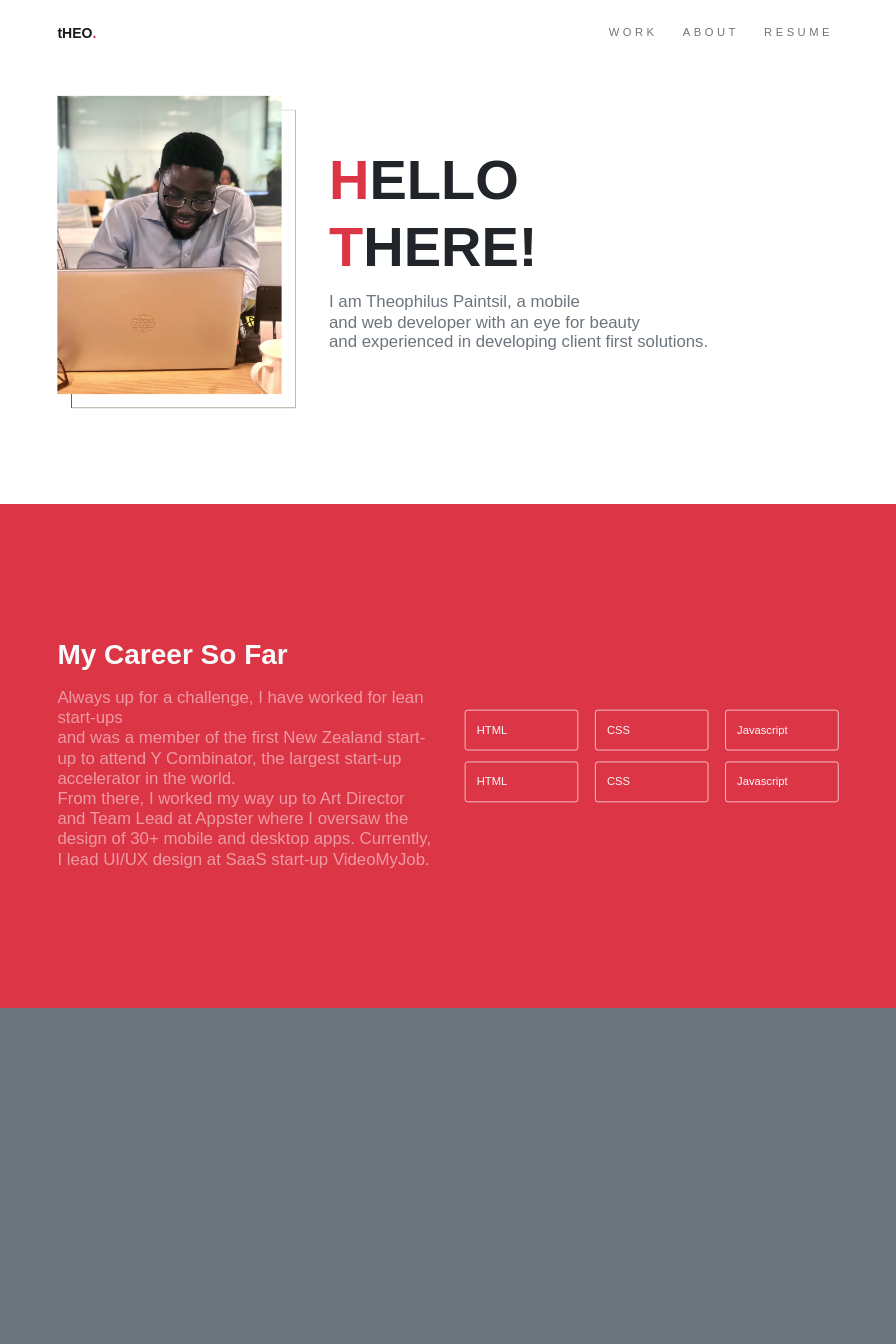
Repository: tHEO2k17/portfolio
Page: /
The author's editor kept a copy of each file at every save. The page is drawn from the files as they stood at one save, then again after the next save.
The browser window is 1280 px wide. The pictures show the part of the page from y = 0 to 1920 px (the page is 3000 px tall), at 70% of full size.
The project was rebuilt for these pictures with package versions that can differ from the ones it lists, and the page was loaded fresh each time.

Above is the page before, as saved 2021-07-22 11:07:09.

### public/index.html
<!DOCTYPE html>
<html lang="en">
  <head>
    <meta charset="utf-8" />
    <link rel="icon" href="%PUBLIC_URL%/favicon.ico" />
    <meta name="viewport" content="width=device-width, initial-scale=1" />
    <meta name="theme-color" content="#000000" />
    <meta
      name="description"
      content="Web site created using create-react-app"
    />
    <link rel="apple-touch-icon" href="%PUBLIC_URL%/logo192.png" />
    <link rel="manifest" href="%PUBLIC_URL%/manifest.json" />
    <title>Theophilus Paintsil - Portfolio</title>
  </head>
  <body>
    <noscript>You need to enable JavaScript to run this app.</noscript>
    <div id="root"></div>
  </body>
</html>

### src/index.tsx
import React from 'react';
import ReactDOM from 'react-dom';
import './index.scss';
import App from './presentation/App';

ReactDOM.render(
  <React.StrictMode>
    <App />
  </React.StrictMode>,
  document.getElementById('root')
);

### src/index.scss
@import '~bootstrap/scss/bootstrap.scss';

body{
    font-family: Arial, Helvetica, sans-serif;
}
// Navbar
.navbar-light .navbar-nav{
    padding: 1.2rem 0rem;
}

.navbar-light .navbar-nav .nav-link {
   letter-spacing: 5px;
//    font-size: 14px;
}

.navbar-light .navbar-nav .nav-link:not(:last-child) {
    margin-right: 20px;
 }

### src/presentation/App.tsx
import React from 'react';
import { Switch, Route, BrowserRouter as Router, } from 'react-router-dom';
import HomePage from './pages/HomePage';

function App() {
  return (
    <Router>
      <Switch>
        <Route exact path="/" component={HomePage} />
      </Switch>
    </Router>
  );
}

export default App;

### src/presentation/pages/HomePage.tsx
import { Col, Container, Nav, Navbar, Row, Image, Card } from "react-bootstrap";

export default function HomePage() {

    return (
        <>
            <Navbar expand="lg" fixed="top" variant="light">
                <Container>
                    <Navbar.Brand href="#home">
                        <span className="fw-bold">tHEO<b className="text-danger">.</b></span>
                    </Navbar.Brand>
                    <Navbar.Toggle />
                    <Navbar.Collapse>
                        <Nav className="ms-auto">
                            <Nav.Link href="#home">WORK</Nav.Link>
                            <Nav.Link href="#home">ABOUT</Nav.Link>
                            <Nav.Link href="#link">RESUME</Nav.Link>
                        </Nav>
                    </Navbar.Collapse>
                </Container>
            </Navbar>

            <header className="min-vh-100">
                <Container>
                    <Row className="align-items-center min-vh-100 my-auto gx-5">
                        <Col md="4"> <Image src="assets/images/theo.png" fluid /> </Col>
                        <Col>
                            <h1 className="display-1 fw-bold">
                                <b className="text-danger">H</b>ELLO <br />
                                <b className="text-danger">T</b>HERE!
                            </h1>
                            <h4 className="fw-light text-muted mt-3">
                                I am Theophilus Paintsil, a mobile <br />
                                and web developer with an eye for beauty <br />
                                and experienced in developing client first solutions.
                            </h4>
                        </Col>
                    </Row>
                </Container>
            </header>

            <section className="bg-danger min-vh-100">
                {/* skills and tools */}
                <Container>
                    <Row className="align-items-center min-vh-100 my-auto gx-5 text-light">
                        <Col>
                            <h1 className="fw-bold">My Career So Far</h1>
                            <h4 className="text-white-50 mt-4">
                                Always up for a challenge, I have worked for lean start-ups<br />
                                and was a member of the first New Zealand start-up to attend Y Combinator,
                                the largest start-up accelerator in the world. <br />
                                From there, I worked my way up to Art Director and Team Lead at Appster where
                                I oversaw the design of 30+ mobile and desktop apps. Currently,
                                I lead UI/UX design at SaaS start-up VideoMyJob.
                            </h4>
                        </Col>
                        <Col>
                            <Row md="3" className="gy-3">
                                <Col>
                                    <Card border="light" bg="danger">
                                        <Card.Body>HTML</Card.Body>
                                    </Card>
                                </Col>
                                <Col>
                                    <Card border="light" bg="danger">
                                        <Card.Body>CSS</Card.Body>
                                    </Card>
                                </Col>
                                <Col>
                                    <Card border="light" bg="danger">
                                        <Card.Body>Javascript</Card.Body>
                                    </Card>
                                </Col>
                                <Col>
                                    <Card border="light" bg="danger">
                                        <Card.Body>HTML</Card.Body>
                                    </Card>
                                </Col>
                                <Col>
                                    <Card border="light" bg="danger">
                                        <Card.Body>CSS</Card.Body>
                                    </Card>
                                </Col>
                                <Col>
                                    <Card border="light" bg="danger">
                                        <Card.Body>Javascript</Card.Body>
                                    </Card>
                                </Col>
                            </Row>
                        </Col>
                    </Row>
                </Container>
            </section>

            <section className="bg-secondary min-vh-100">
                {/* employment history */}
            </section>

            <section className="bg-light min-vh-100">
                {/* work gallery */}
            </section>

            <footer className="bg-dark text-white">
                <Container className="py-5">
                    <Row>
                        <Col>&copy; {new Date().getFullYear()} Theophilus Paintsil. All rights reserved </Col>
                    </Row>
                </Container>
            </footer>

        </>
    );
}

After the next save:
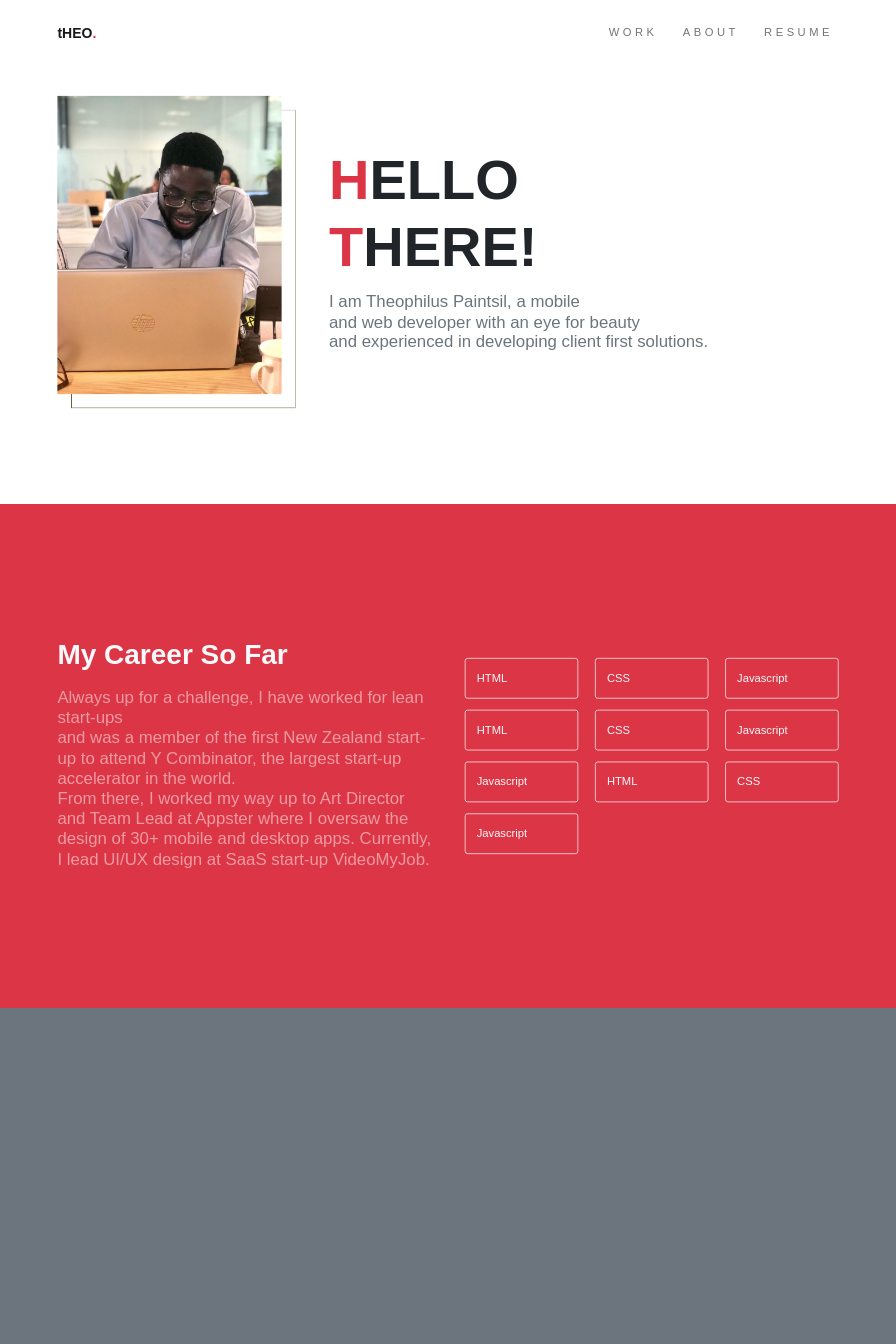
Saved 23 s later.
--- a/src/presentation/pages/HomePage.tsx
+++ b/src/presentation/pages/HomePage.tsx
@@ -86,6 +86,26 @@ export default function HomePage() {
                                         <Card.Body>Javascript</Card.Body>
                                     </Card>
                                 </Col>
+                                <Col>
+                                    <Card border="light" bg="danger">
+                                        <Card.Body>Javascript</Card.Body>
+                                    </Card>
+                                </Col>
+                                <Col>
+                                    <Card border="light" bg="danger">
+                                        <Card.Body>HTML</Card.Body>
+                                    </Card>
+                                </Col>
+                                <Col>
+                                    <Card border="light" bg="danger">
+                                        <Card.Body>CSS</Card.Body>
+                                    </Card>
+                                </Col>
+                                <Col>
+                                    <Card border="light" bg="danger">
+                                        <Card.Body>Javascript</Card.Body>
+                                    </Card>
+                                </Col>
                             </Row>
                         </Col>
                     </Row>
